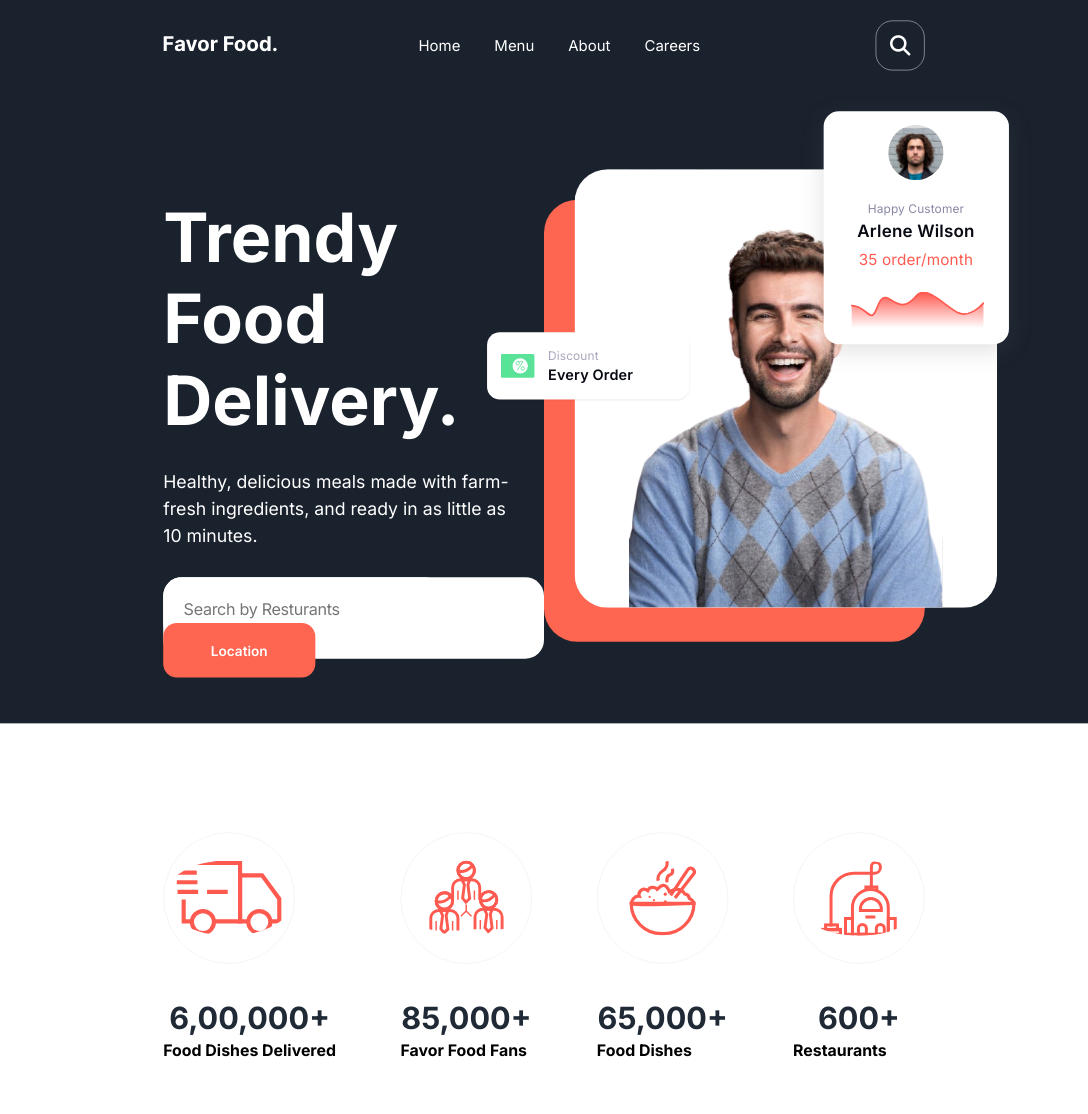
Repository: badhon252/favor-food
Page: index.html
The author's editor kept a copy of each file at every save. The page is drawn from the files as they stood at one save, then again after the next save.
The browser window is 1280 px wide. The pictures show the whole page, at 85% of full size.
The style sheet was rebuilt from its Sass, Less or Tailwind sources for each picture, by a compiler version that may differ from the author's.

Above is the page before, as saved 2022-09-12 17:27:37.

After the next save:
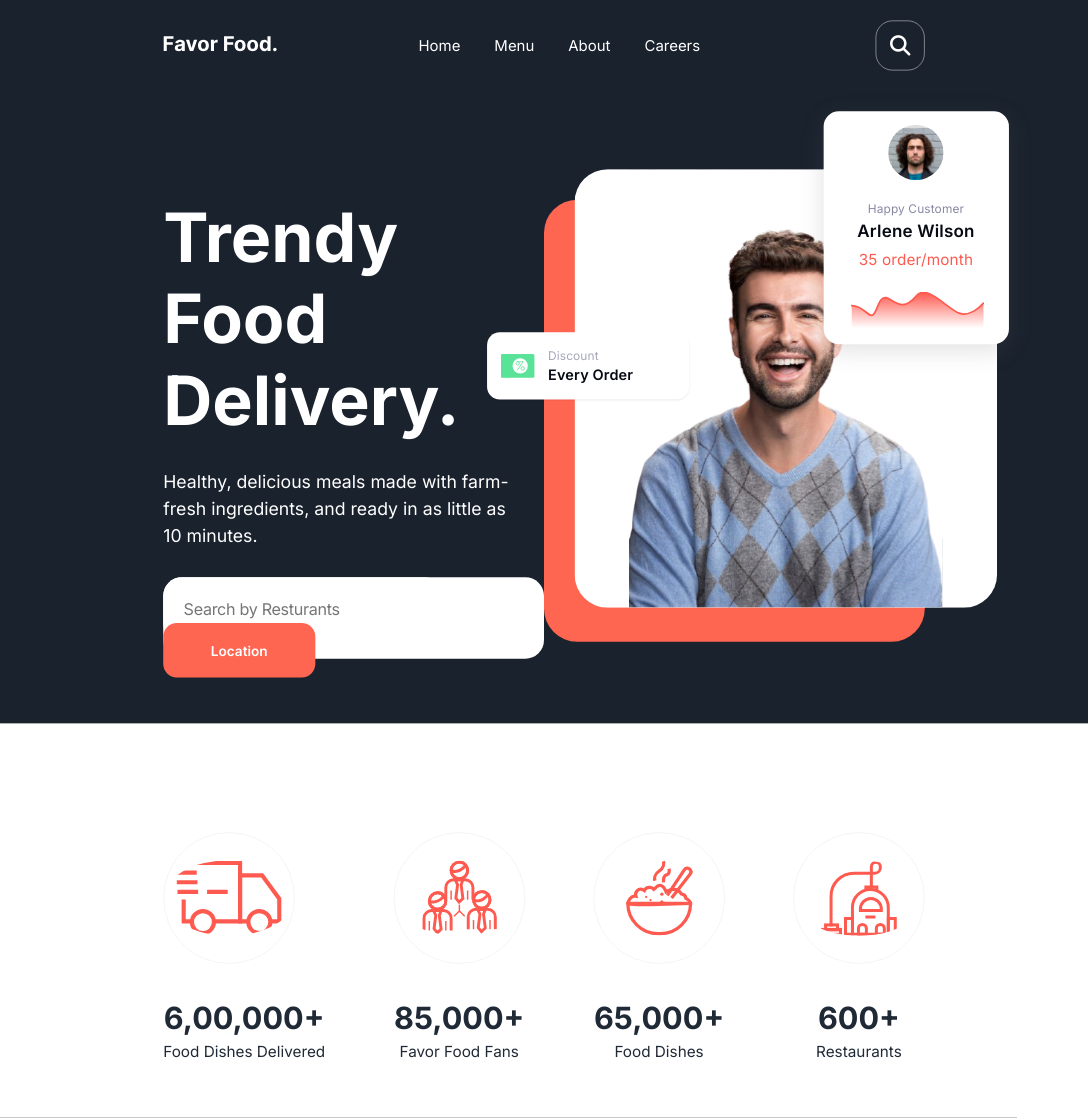
Saved 31 s later.
--- a/scss/style.scss
+++ b/scss/style.scss
@@ -255,4 +255,14 @@ header {
 
     color: #202a36;
   }
-}
+  h3 {
+    font-weight: 500;
+    font-size: 18px;
+    line-height: 27px;
+    /* identical to box height */
+
+    text-align: center;
+
+    color: #202a36;
+  }
+}
